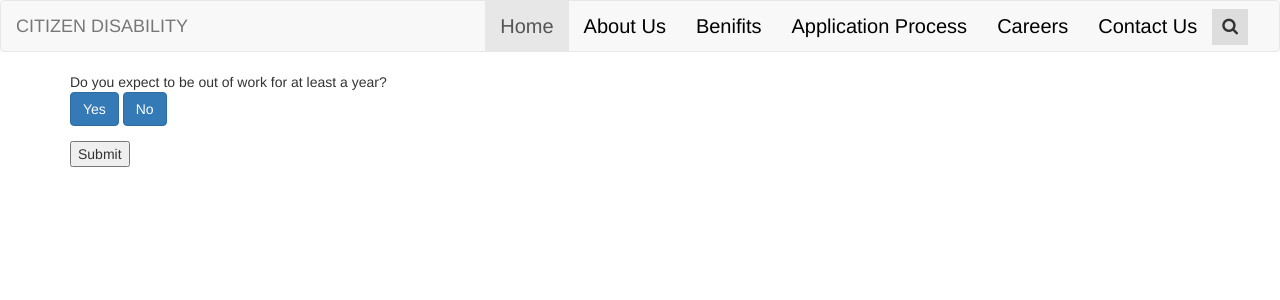
Repository: welcome0605/Embed-html-integrate-with-API
Page: Home.html
The author's editor kept a copy of each file at every save. The page is drawn from the files as they stood at one save, then again after the next save.
The browser window is 1280 px wide. The pictures show the whole page.

Above is the page before, as saved 2019-04-27 14:55:25.

After the next save:
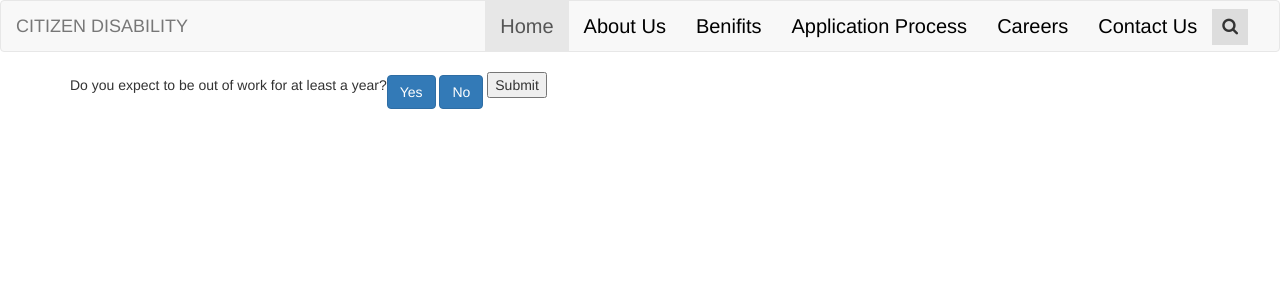
Saved 4 s later.
--- a/css/base.css
+++ b/css/base.css
@@ -30,6 +30,6 @@ navbar-default .navbar-nav>.active>a, .navbar-default .navbar-nav>.active>a:focu
     float: right;
 }
 
-.question .radio_buttons {
+.radio_buttons {
     display: inline-flex;
 }
